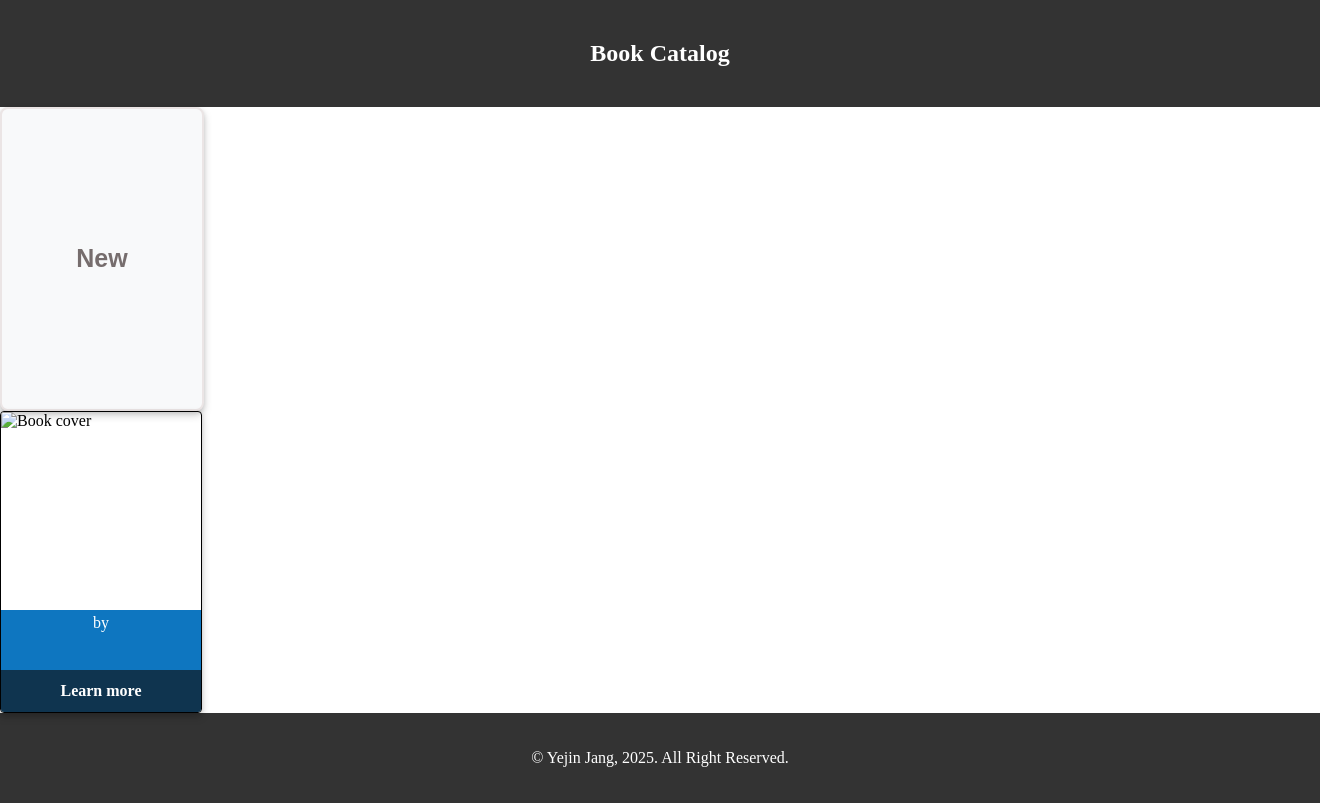
Repository: Yejin-Digital/Lab3-Assignment-BookCatalog
Page: /
These files come from the project's save history. The page is drawn as it stood at one moment and after the next save; the edit follows.
The browser window is 1280 px wide. The page is 1320 px wide, so the pictures cover 1320 px, including what lies to the right of the window. The pictures show the whole page.
The project was rebuilt for these pictures with package versions that can differ from the ones it lists, and the page was loaded fresh each time. Also part of the build but not shown: vite.config.js.

Above is the page before, as saved 2025-09-19 01:35:44.

After the next save:
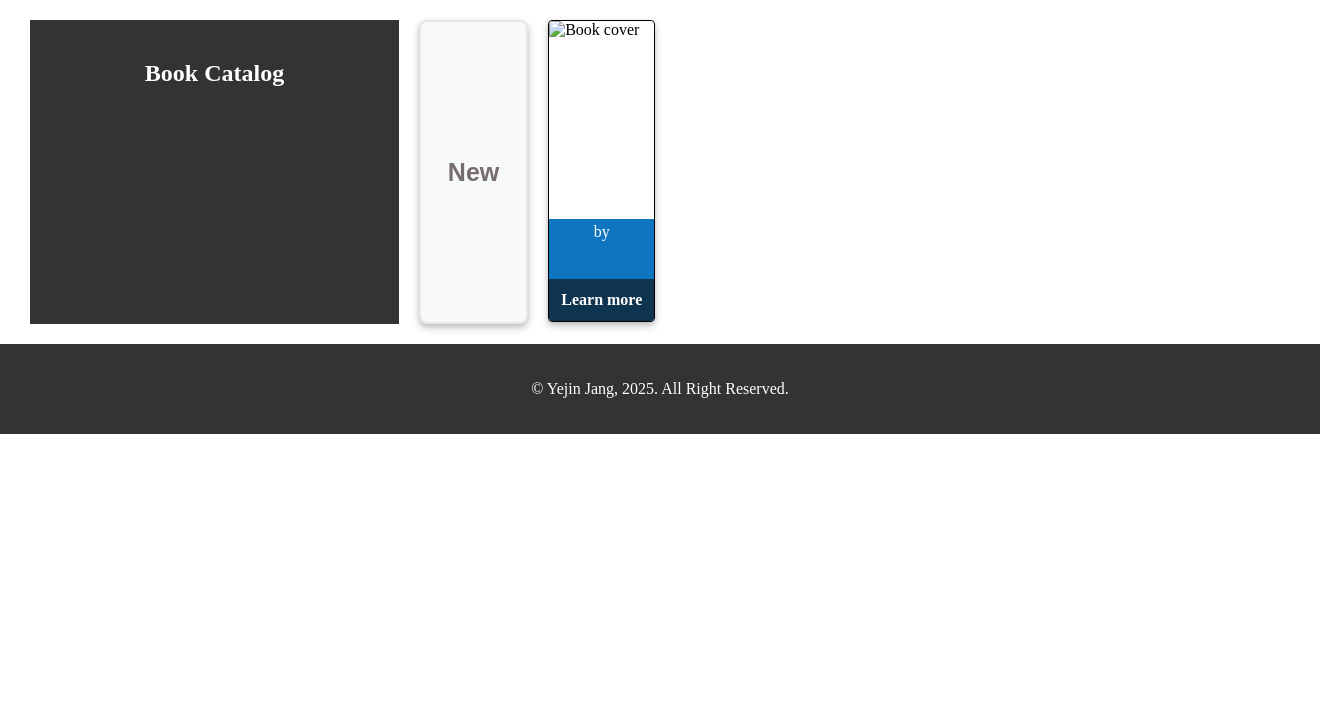
Saved 40 s later.
--- a/src/App.jsx
+++ b/src/App.jsx
@@ -7,7 +7,7 @@ function App() {
   return (
     <div className="app">
       <section>
-        <div classNAme="content">
+        <div className="content">
           <Header />
           <NewBook />
           <BookListCard />

After the save that followed:
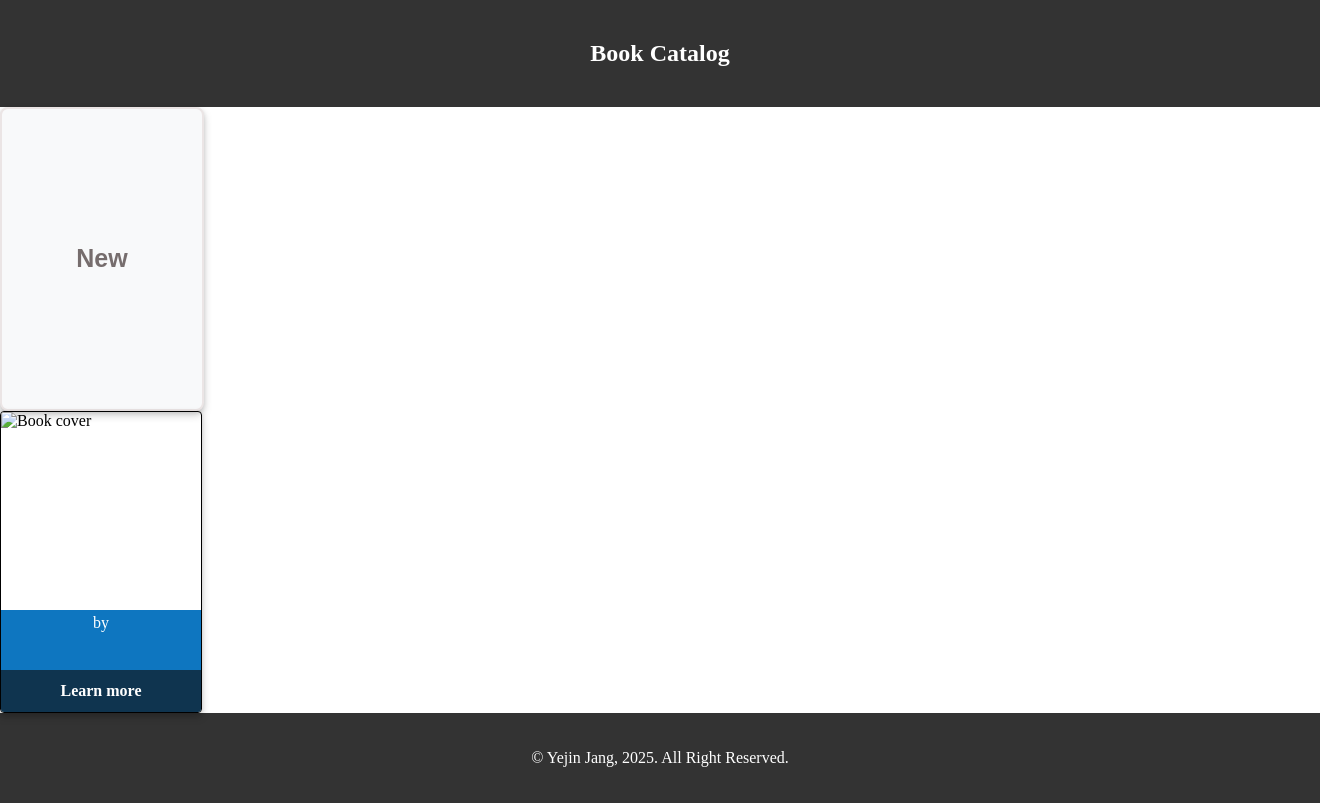
Saved 18 s later.
--- a/src/index.css
+++ b/src/index.css
@@ -37,11 +37,3 @@ body {
   padding: 20px;
   width: 100%;
 }
-
-.content {
-  justify-content: flex-start;
-  margin: 20px 30px;
-  display: inline-flex;
-  flex-direction: row;
-  gap: 20px;
-}
